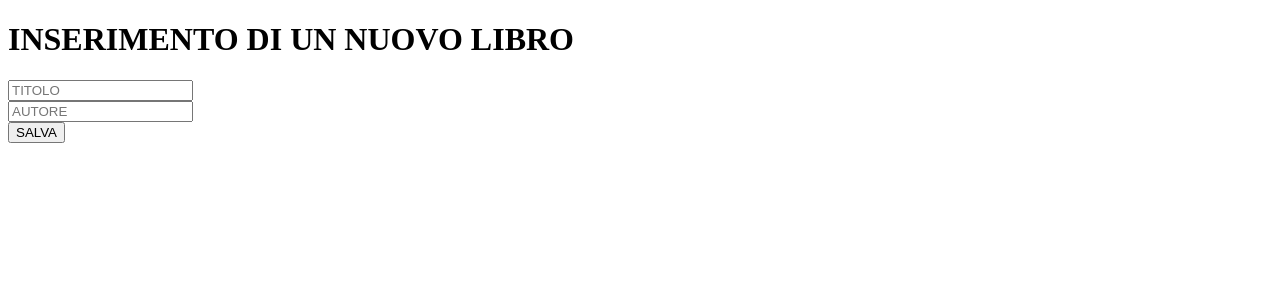
Repository: foferys/DynamicWebProject_DAOLibri_Mappe
Page: DynamicWebProject_DAOLibri_Mappe/WebContent/viste/formnuovolibro.html
These files come from the project's save history. The page is drawn as it stood at one moment and after the next save; the edit follows.
The browser window is 1280 px wide. The pictures show the whole page.

Above is the page before, as saved 2024-06-25 08:37:37.

### DynamicWebProject_DAOLibri_Mappe/WebContent/viste/formnuovolibro.html
<!DOCTYPE html>
<html>
	<head>
		<meta charset="UTF-8">
		<title>Nuovo libro</title>
	</head>
	<body>
		<h1>INSERIMENTO DI UN NUOVO LIBRO</h1>
		<!--	Questa pagina conterrà una FORM ovvero un aggregatore di input con il compito di raccogliere informazioni
				da passare poi alla Index per l'inserimento nel DB di un nuovo record.

				input			->	indica l'intera casella che conterrà il valore inserito dall'utente.
				name="nome"		->	indica il nome della casella input
				placeholder		->	rappresenta un aiuto per l'utente che in questo modo sa cosa inserire nella casella.
									Non è obbligatorio placeholder="TITOLO" significa che nell'input appare la scritta TITOLO.
									NOTA BENE: il placeholder non è il valore dell'input. Il valore è CIO' CHE INSERISCE L'UTENTE
				type="text"		->	indica che all'interno di quell'input potrà essere contenuto del testo.
									Altre tipologie di type sono number, password, date...
				action="Index"	->	indica che una volta cliccato su SALVA i dati associati agli input verranno inviati alla
									servlet Index. In questo caso nella request viene impostato il valore
									di "comando" a "nuovolibro" come indicato dall'input "hidden" nascosto.
				In sintesi, una volta raccolti i dati dall'utente, verranno inviati alla servlet al case "nuovolibro".
		 -->
		 <form action="Index">
		 	<input type="hidden" name="comando" value="nuovolibro">

		 	<input type="text" name="titolo" placeholder="TITOLO"><br>
		 	<input type="text" name="autore" placeholder="AUTORE"><br>

		 	<input type="submit" value="SALVA">
		 </form>

	</body>
</html>

After the next save:
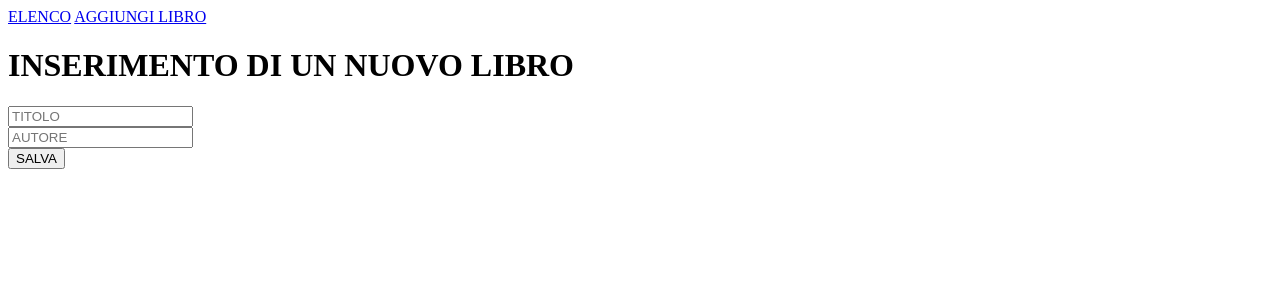
Saved 13 min 30 s later.
--- a/DynamicWebProject_DAOLibri_Mappe/WebContent/viste/formnuovolibro.html
+++ b/DynamicWebProject_DAOLibri_Mappe/WebContent/viste/formnuovolibro.html
@@ -5,6 +5,9 @@
 		<title>Nuovo libro</title>
 	</head>
 	<body>
+		<a href="http://localhost:8080/DynamicWebProject_DAOLibri_Mappe/Index?comando=elencolibri">ELENCO</a>
+		<a href="./">AGGIUNGI LIBRO</a>
+
 		<h1>INSERIMENTO DI UN NUOVO LIBRO</h1>
 		<!--	Questa pagina conterrà una FORM ovvero un aggregatore di input con il compito di raccogliere informazioni
 				da passare poi alla Index per l'inserimento nel DB di un nuovo record.
